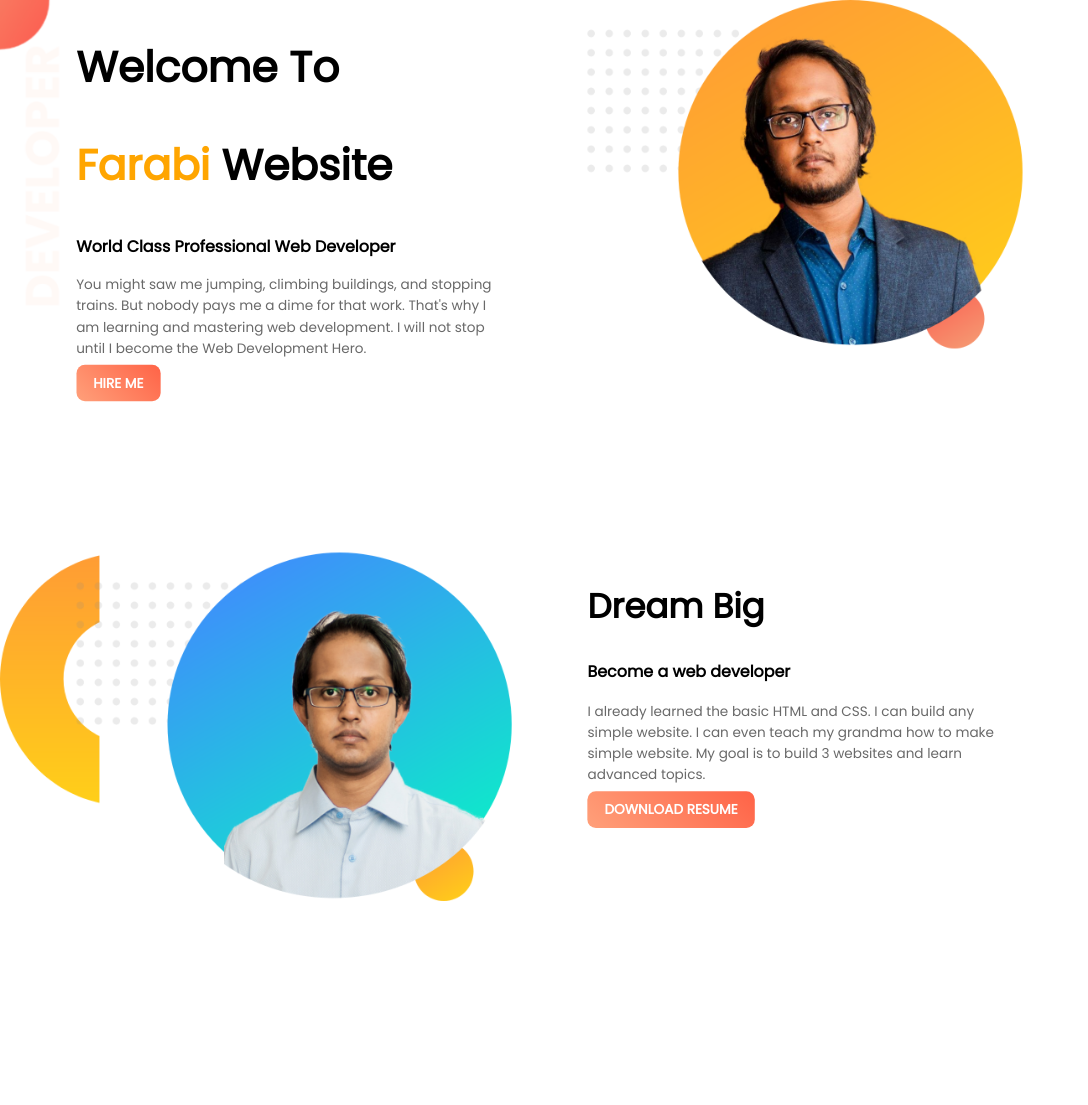
Repository: mohsinfarabi/web-portfolio
Page: index.html
These files come from the project's save history. The page is drawn as it stood at one moment and after the next save; the edit follows.
The browser window is 1280 px wide. The pictures show the whole page, at 85% of full size.

Above is the page before, as saved 2020-06-30 23:33:48.

After the next save:
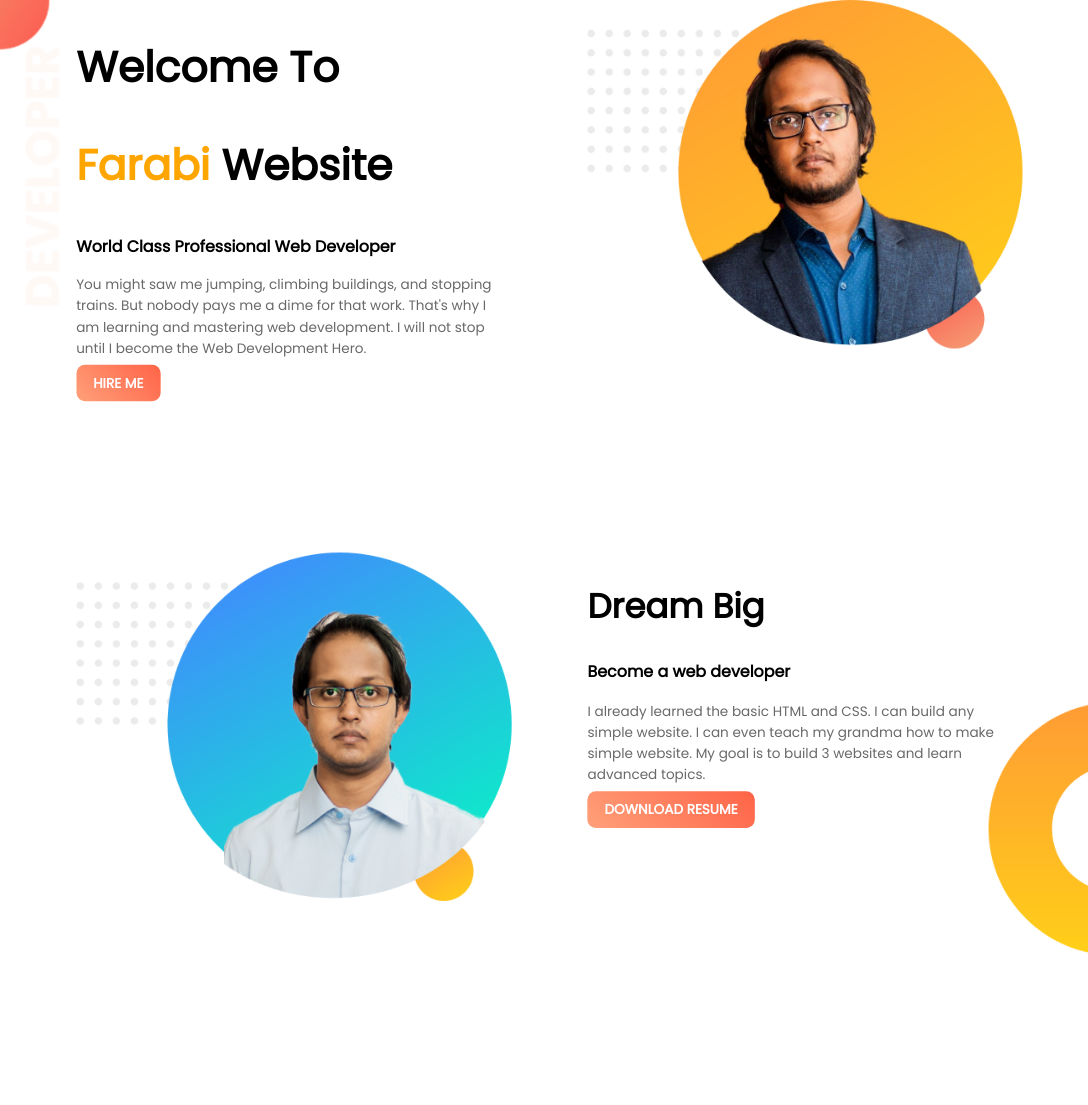
Saved 107 s later.
--- a/style.css
+++ b/style.css
@@ -38,6 +38,7 @@ p {
 .dream-area {
     background-image: url(images/dream-bg.png);
     background-repeat: no-repeat;
+    background-position: right;
 }
 
 section {
